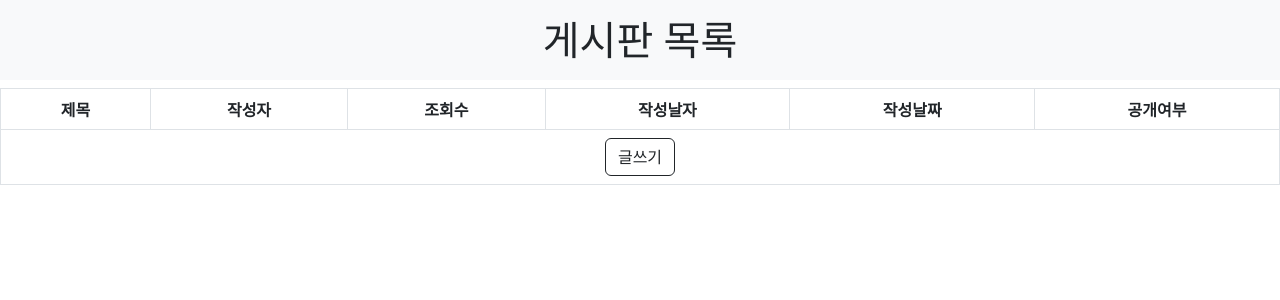
Repository: shbaksa/study
Page: http://localhost/mw_0615/boot/list.jsp
The author's editor kept a copy of each file at every save. The page is drawn from the files as they stood at one save, then again after the next save.
The browser window is 1280 px wide. The pictures show the whole page.
The page is served by Tomcat 9. Queries for data that is not in the repository find no rows.

Above is the page before, as saved 2022-06-15 00:43:49.

### mw_0615/src/main/webapp/boot/list.jsp
<%@ page language="java" contentType="text/html; charset=UTF-8"
    pageEncoding="UTF-8"%>
    <%@ page import="java.sql.*" %>
<html lang="en">
  <head>
    <meta charset="utf-8">
    <meta name="viewport" content="width=device-width, initial-scale=1">
    <title>게시판</title>
   <style>
   #aa {
   	position : absolute;
   	visibility : hidden;
   	background : black;
   	border : 2px soild black;
   	color : white;
   }
   </style>
    <script>

	function view(id) {

		document.getElementById("aa").style.visibility="visible";
		document.getElementById("aa").style.left=(event.pageX+10)+"px";
		document.getElementById("aa").style.top=event.pageY+"px";
		document.pkc.id.value=id; // 매개변수를 폼태그에 전달
		}
</script>
    <link href="https://cdn.jsdelivr.net/npm/bootstrap@5.2.0-beta1/dist/css/bootstrap.min.css" rel="stylesheet" integrity="sha384-0evHe/X+R7YkIZDRvuzKMRqM+OrBnVFBL6DOitfPri4tjfHxaWutUpFmBp4vmVor" crossorigin="anonymous">
  </head>
  <body>
  <%
	Class.forName("com.mysql.jdbc.Driver");
	String db = "jdbc:mysql://localhost:3306/first";
	Connection conn = DriverManager.getConnection(db, "root", "1234");

	String sql ="select * from board2";

	PreparedStatement pstmt = conn.prepareStatement(sql);

	ResultSet rs = pstmt.executeQuery();

	%>
	<form name="pkc" id="aa" method="post" action="bimil_check.jsp">
	<input type="hidden" name="id">
	 비밀번호  <input type="password" name="pwd" size="4">
	<input type="submit" value="확인">
	</form>

  <div> <h1 class="p-3 mb-2 bg-light text-dark" align="center"> 게시판 목록 </h1></div>
  <table class="table table-bordered table-striped" >
  <thead align="center">
    <tr>
      <th scope="col">제목</th>
      <th scope="col">작성자</th>
      <th scope="col">조회수</th>
      <th scope="col">작성날자</th>
      <th scope="col">작성날짜</th>
      <th scope="col">공개여부</th>
    </tr>
  </thead>
  <tbody>
  <% while(rs.next()) {%>
    <tr>
    <%if(rs.getInt("bimil") == 0)
	{ %>
	<td><a href="readnum.jsp?id=<%=rs.getInt("id")%>"> <%=rs.getString("title") %> </a>  </td>
	<%
	}
	else {
	%>
    <td> <span onclick="view(<%=rs.getInt("id")%>)"><%=rs.getString("title") %></span> </td> <!-- 클릭하면 비밀번호 입력창이 나오게 -->
								<!-- id값을 위의 폼태그의 id에 준다 -->
	<%
	}
	%>
    <td> <%=rs.getString("name") %></td>
	<td> <%=rs.getString("readnum") %></td>
	<td > <%=rs.getString("writeday") %> </td>
	<td> <%switch(rs.getInt("area")) {
	case 0 : %> 서울 <% break;
	case 1 : %> 경기 <% break;
	case 2 : %> 강원 <% break;
	case 3 : %> 충청 <% break;
	case 4 : %> 전라 <% break;
	case 5 : %> 경상 <% break;
	case 6 : %> 제주 <% break;
	} %> </td>
	<td> <%switch(rs.getInt("bimil")){
		case 0 :  %> 공개글 <% break;
		case 1 :  %> 비밀글 <% break;

		}%> </td>
	</tr>
  <% } %>
  </tbody>
  <tfoot>
  <td colspan="6" align="center"><input class="btn btn-outline-dark" type="submit" value="글쓰기"></td>
  </tfoot>
</table>
    <script src="https://cdn.jsdelivr.net/npm/bootstrap@5.2.0-beta1/dist/js/bootstrap.bundle.min.js" integrity="sha384-pprn3073KE6tl6bjs2QrFaJGz5/SUsLqktiwsUTF55Jfv3qYSDhgCecCxMW52nD2" crossorigin="anonymous"></script>
  </body>
</html>

After the next save:
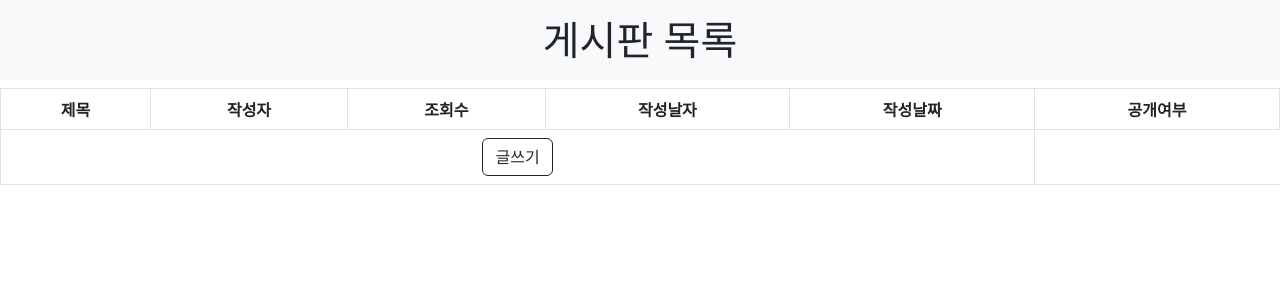
Saved 22 s later.
--- a/mw_0615/src/main/webapp/boot/list.jsp
+++ b/mw_0615/src/main/webapp/boot/list.jsp
@@ -50,7 +50,7 @@
   <table class="table table-bordered table-striped" >
   <thead align="center">
     <tr>
-      <th scope="col">제목</th>
+      <th scope="col" colspan="2">제목</th>
       <th scope="col">작성자</th>
       <th scope="col">조회수</th>
       <th scope="col">작성날자</th>

After the 2 saves that followed:
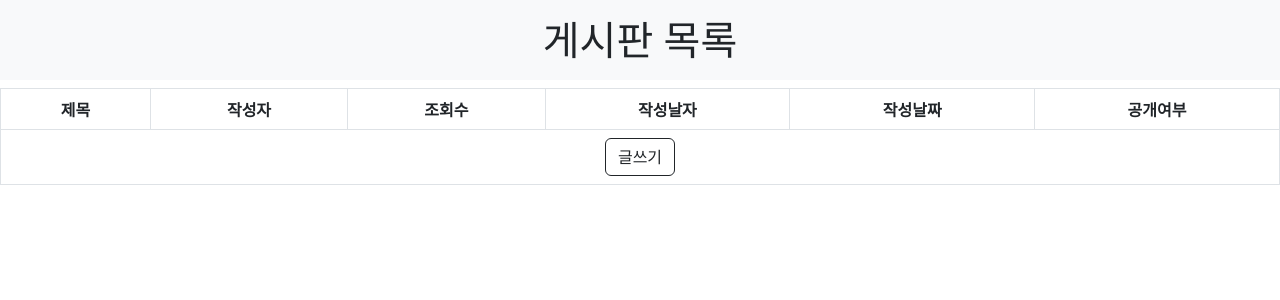
The 2 saves are shown as one change because 1 left the picture as it was.
The last was saved 35 s later.
--- a/mw_0615/src/main/webapp/boot/list.jsp
+++ b/mw_0615/src/main/webapp/boot/list.jsp
@@ -50,7 +50,7 @@
   <table class="table table-bordered table-striped" >
   <thead align="center">
     <tr>
-      <th scope="col" colspan="2">제목</th>
+      <th scope="col" >제목</th>
       <th scope="col">작성자</th>
       <th scope="col">조회수</th>
       <th scope="col">작성날자</th>
@@ -63,12 +63,12 @@
     <tr>
     <%if(rs.getInt("bimil") == 0)
 	{ %>
-	<td><a href="readnum.jsp?id=<%=rs.getInt("id")%>"> <%=rs.getString("title") %> </a>  </td>
+	<td ><a href="readnum.jsp?id=<%=rs.getInt("id")%>"> <%=rs.getString("title") %> </a>  </td>
 	<%
 	}
 	else {
 	%>
-    <td> <span onclick="view(<%=rs.getInt("id")%>)"><%=rs.getString("title") %></span> </td> <!-- 클릭하면 비밀번호 입력창이 나오게 -->
+    <td > <span onclick="view(<%=rs.getInt("id")%>)"><%=rs.getString("title") %></span> </td> <!-- 클릭하면 비밀번호 입력창이 나오게 -->
 								<!-- id값을 위의 폼태그의 id에 준다 -->
 	<%
 	}
